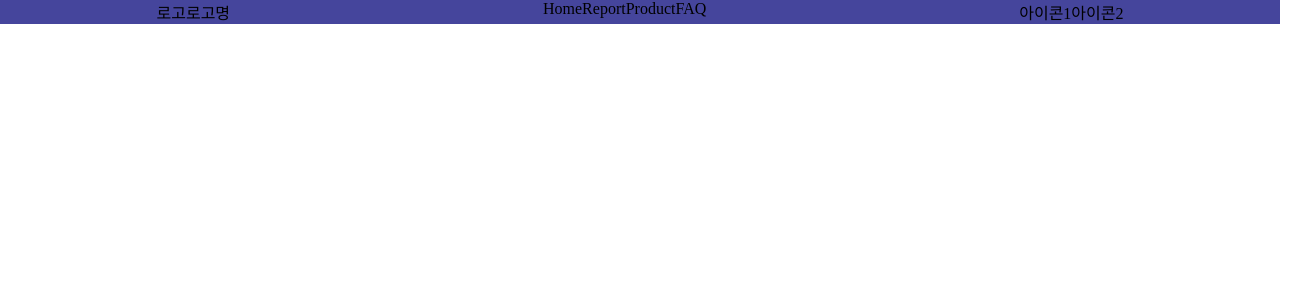
Repository: rlatlswo135/header_project
Page: header.html
An editor plug-in stored every save of this project. The page is shown before and after the next save, followed by the edit.
The browser window is 1280 px wide. The page is 1280 px wide, then 1310 px, so the pictures cover 1310 px, including what lies to the right of the window. The pictures show the whole page.
Some web libraries are served in a nearby version.

Above is the page before, as saved 2021-05-30 21:08:54.

### header.html
<!DOCTYPE html>
<html>
    <head>
        <link rel="stylesheet" href="header.css"/>
    </head>
    <body>
        <div class="header_container">
            <div class="header_logobox">
                <div>로고</div>
                <div>로고명</div>
            </div>
            <div class="header_menubox">
                <ul class="header_menu">
                    <li>Home</li>
                    <li>Report</li>
                    <li>Product</li>
                    <li>FAQ</li>
                </ul>
            </div>
            <div class="header_iconbox">
                <div>아이콘1</div>
                <div>아이콘2</div>
            </div>
        </div>
        <script src="header.js"></script>
        <script src="https://kit.fontawesome.com/cd0a52d46f.js" crossorigin="anonymous"></script>
    </body>
</html>

### header.css
* {
  margin: 0px;
  padding: 0px;
}
:root {
  --background-color: rgb(69, 69, 156);
  --text-color: gold;
}

.header_container {
  display: flex;
  justify-content: space-around;
  background-color: rgb(69, 69, 156);
  width: 100%;
  height: 30%;
}

.header_logobox {
  display: flex;
}
.header_menu {
  display: flex;
  list-style: none;
}
.header_iconbox {
  display: flex;
}

Loaded but not shown: header.js (no copy from this time; the picture is the same without it)

After the next save:
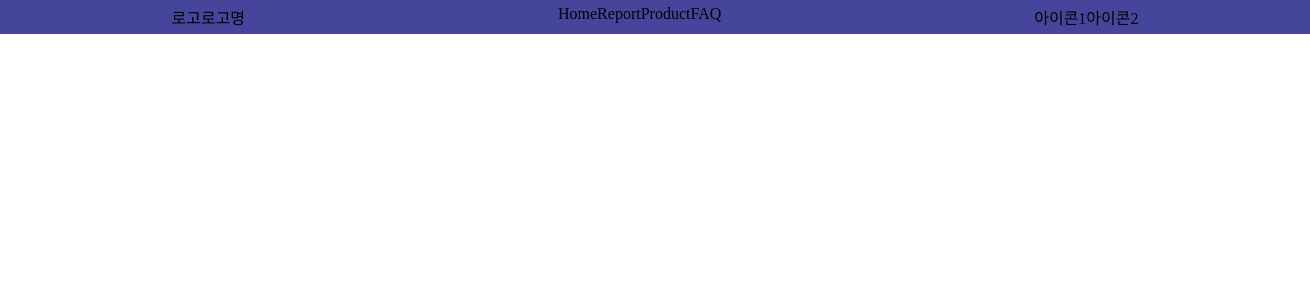
Saved 12 s later.
--- a/header.css
+++ b/header.css
@@ -13,6 +13,7 @@
   background-color: rgb(69, 69, 156);
   width: 100%;
   height: 30%;
+  padding: 5px 15px;
 }
 
 .header_logobox {
